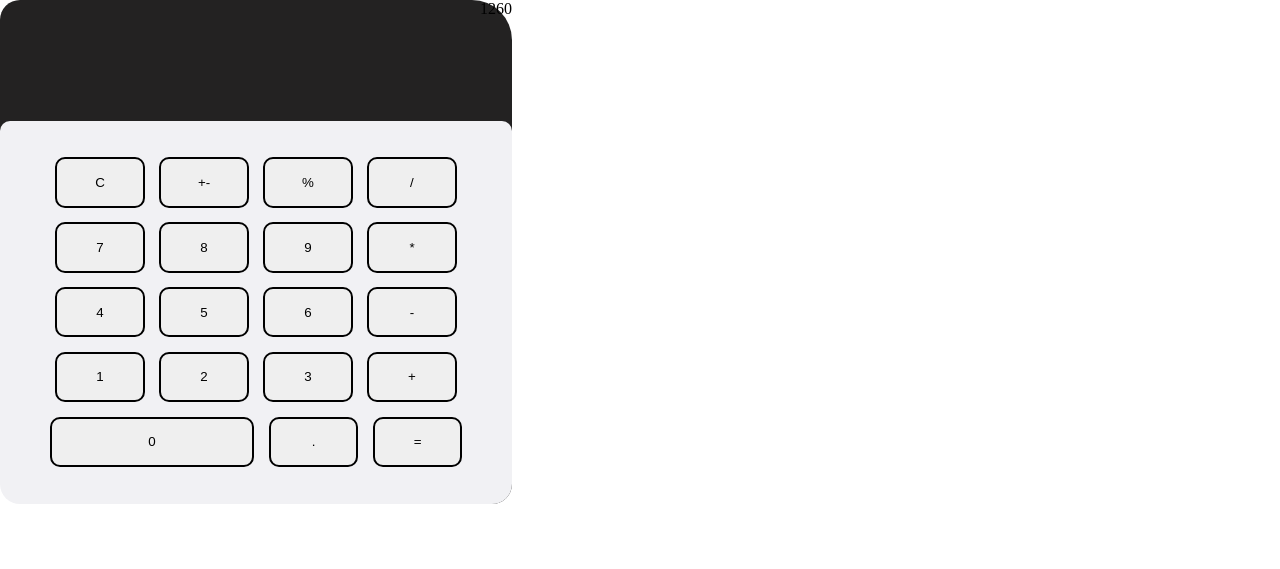
Repository: BrunoBross/calculator
Page: index.html
The author's editor kept a copy of each file at every save. The page is drawn from the files as they stood at one save, then again after a run of saves.
The browser window is 1280 px wide. The pictures show the whole page.

Above is the page before, as saved 2021-11-30 22:59:15.

After the next 4 saves:
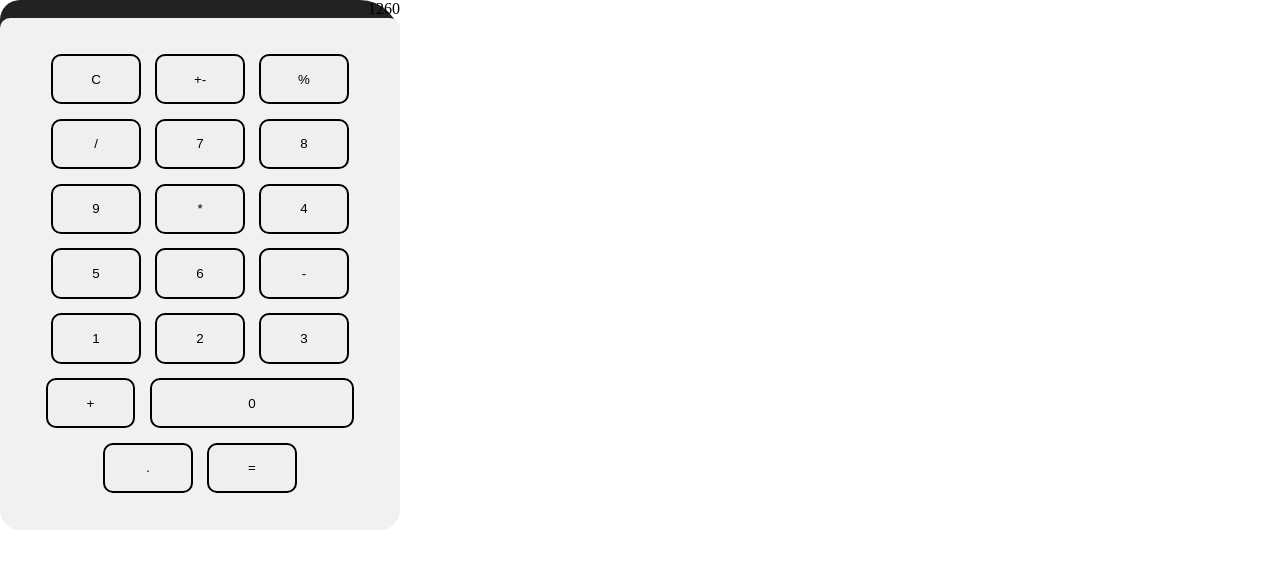
The 4 saves are shown as one change because they came seconds apart.
The last was saved 37 s later.
--- a/style.css
+++ b/style.css
@@ -7,7 +7,7 @@
   background-color: #232222;
   display: flex;
   flex-direction: column;
-  width: 40vw;
+  width: 400px;
   height: 70vh;
   border-radius: 20px 40px;
 }
